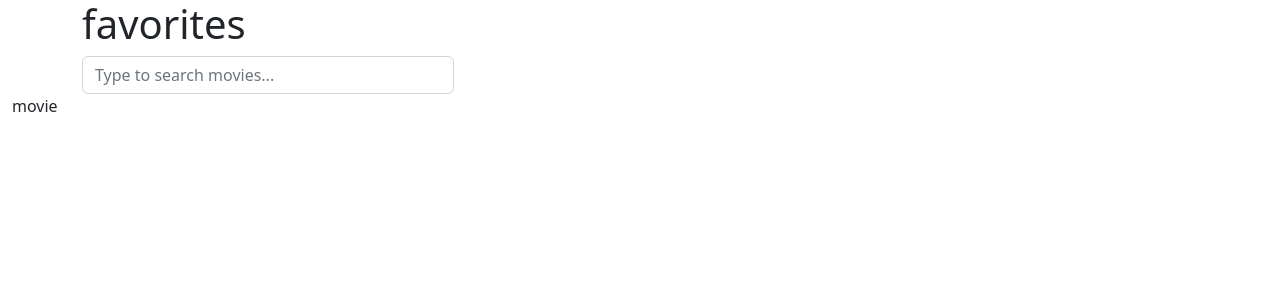
Repository: sandeepreddyvitta/react
Page: / (app in movieapp/)
The author's editor kept a copy of each file at every save. The page is drawn from the files as they stood at one save, then again after the next save.
The browser window is 1280 px wide. The pictures show the whole page.
The page's requests for data from a server got no answer. The project was rebuilt for these pictures with package versions that can differ from the ones it lists, and the page was loaded fresh each time. No one was signed in, and anything a server would have sent is missing.

Above is the page before, as saved 2022-12-13 11:40:14.

After the next save:
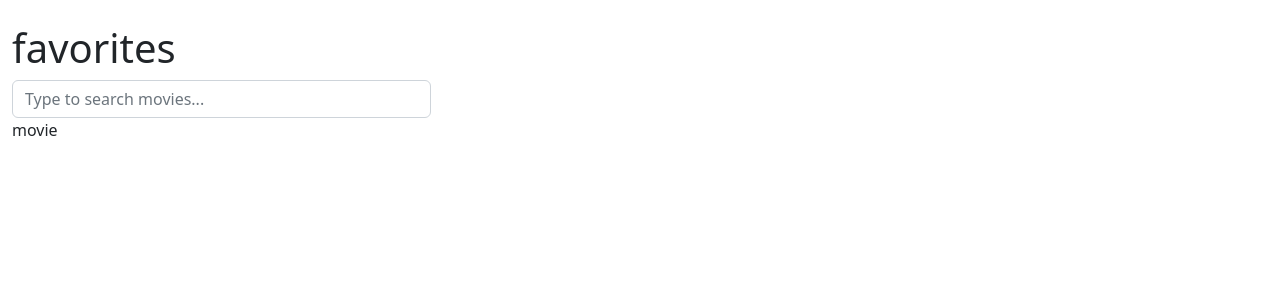
Saved 69 s later.
--- a/movieapp/src/App.js
+++ b/movieapp/src/App.js
@@ -15,7 +15,7 @@ function App() {
   }, [])
   return (
     <div className='container-fluid movie-app'>
-      <div className='movie'>
+      <div className='row d-flex align-item-center mt-4 mb-4'>
         <div className='container'>
           <MovieListHead heading="favorites" />
           <SearchBar searchValue={searchValue} setSearchValue={setSearchValue} />
